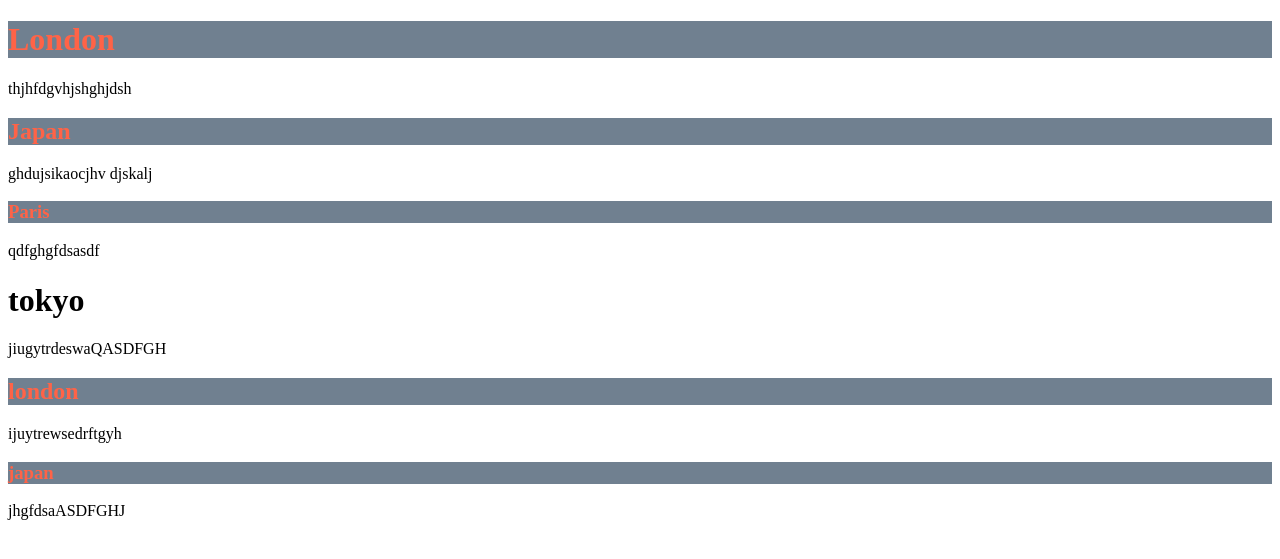
Repository: pratixa-chauhan/practice
Page: style/classattribute.html
These files come from the project's save history. The page is drawn as it stood at one moment and after the next save; the edit follows.
The browser window is 1280 px wide. The pictures show the whole page.

Above is the page before, as saved 2021-12-17 14:01:42.

### style/classattribute.html
<!DOCTYPE html>
<html>
    <head>
        <style>
            .city{
                background-color: saddlebrown;
                color: salmon;
            }
        </style>
    </head>
    <body>
        <h1 class="city">London</h1>
        <p>thjhfdgvhjshghjdsh</p>
        <h2 class="city">Japan</h2>
        <p>ghdujsikaocjhv djskalj</p>
        <h3 class="city">Paris</h3>
        <p>qdfghgfdsasdf</p>
    </body>
</html>
<html>
    <head>
        <style>
            .city {
                background-color: slategray;
                color: tomato;

            }
            .main{
                font-align="center;"
            }
        </style>
    </head>
    <body>
        <h1 class main="city">tokyo</h1>
        <p>jiugytrdeswaQASDFGH</p>
        <h2 class="city">london</h2>
        <p>ijuytrewsedrftgyh</p>
        <h3 class="city">japan</h3>
        <p>jhgfdsaASDFGHJ</p>
    </body>
</html>

After the next save:
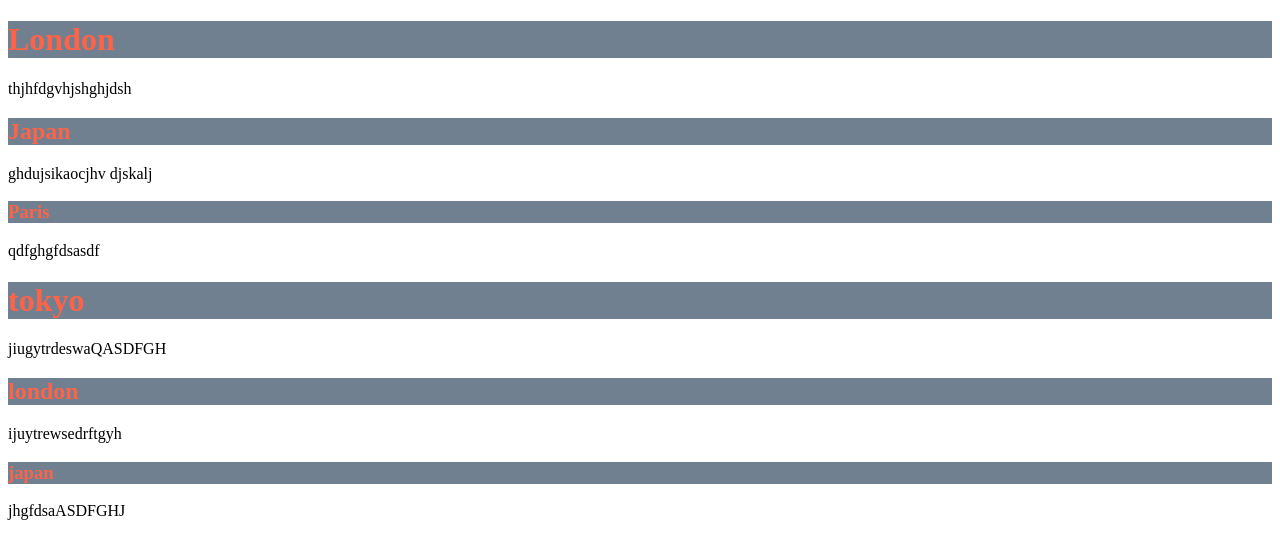
Saved 102 s later.
--- a/style/classattribute.html
+++ b/style/classattribute.html
@@ -31,7 +31,7 @@
         </style>
     </head>
     <body>
-        <h1 class main="city">tokyo</h1>
+        <h1 class ="city main">tokyo</h1>
         <p>jiugytrdeswaQASDFGH</p>
         <h2 class="city">london</h2>
         <p>ijuytrewsedrftgyh</p>
